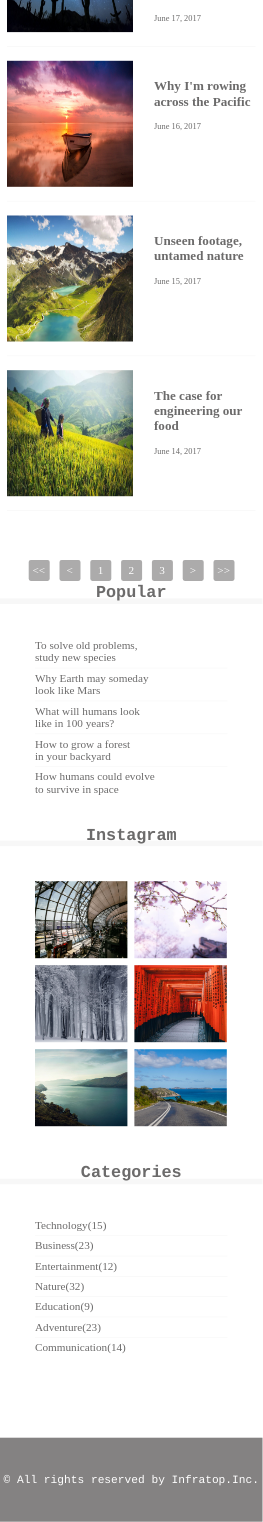
Repository: KoPiyt/Infratop-01
Page: caravan/index.html
The author's editor kept a record of every edit. The page is drawn from the files as they stood at one moment, then again after the next edit.
The browser window is 375 px wide. The pictures show the part of the page from y = 997 to 3237 px (the page is 3171 px tall before and 3237 px after), at 70% of full size.
Some web libraries are served in a nearby version.

Above is the page before.

### caravan/index.html
<!DOCTYPE html>
<html lang="ja">
  <head>
    <meta charset="UTF-8" />
        <meta name="viewport" content="width=device-width,initial-scale=1.0">
    <script src="https://kit.fontawesome.com/45b41b99b0.js" crossorigin="anonymous"></script>
    <!-- CSSファイルの読み込み -->
    <link rel="stylesheet" href="style.css" />
    <title>CARAVAN</title>
  </head>

  <body>
    <!-- header -->
    <header>
      <h1 class="heading">
        <a href="index.html">
          CARAVAN
        </a>
      </h1>
      <div class="social">
        <i class="fab fa-facebook-square"></i>
        <i class="fab fa-twitter-square"></i>
        <i class="fab fa-instagram"></i>
      </div>


    </header>

    <!-- navigation -->
    <nav>
      <ul class="nav-list">
        <li class="nav-list-item">
          <a href="index.html">Home</a>
        </li>
        <li class="nav-list-item">About</li>
        <li class="nav-list-item">Topic</li>
      </ul>
    </nav>

    <!-- main-visual用のdiv -->
    <div class="main-visual">
      <div class="main-visual-content">
        <!-- pタグ（と文字）を追加 -->
        <p class="main-visual-text">
          The world is a book<br>
          and those who do not travel<br>
          read only one page.
        </p>
        <p class="main-visual-name">
          St. Augustine
        </p>      </div>
    </div>

    <!-- main用のdiv -->
    <main>
      <section class="blog">
        <h2 class="blog-heading">Recent Blogs</h2>
    <div class="blog-box">
          <div class="blog-item">
            <img class="blog-image" src="img/forest.jpg" />
            <section class="blog-text">
              <h3 class="blog-text-heading">
                <a href="single.html">
                  Hopeful lessons from<br>
                  the battle to save<br>
                  rainforests
                </a>
              </h3>
              <p class="blog-date">June 19, 2017</p>
              <span class="category">Nature</span>
            </section>
          </div>

          <div class="blog-item">
            <img class="blog-image" src="img/desert.jpg" />
            <section class="blog-text">
              <h3 class="blog-text-heading">
                <a href="single.html">
                  How to fight<br>
                  desertification and<br>
                  reverse climate change
                </a>
              </h3>
              <p class="blog-date">June 17, 2017</p>
              <span class="category">Nature</span>
            </section>
          </div>

          <div class="blog-item">
            <img class="blog-image" src="img/sunset.jpg" />
            <section class="blog-text">
              <h3 class="blog-text-heading">
                <a href="single.html">
                  Why I'm rowing<br>
                  across the Pacific
                </a>
              </h3>
              <p class="blog-date">June 16, 2017</p>
              <span class="category">Adventure</span>
            </section>
          </div>

          <div class="blog-item">
            <img class="blog-image" src="img/italy.jpg" />
            <section class="blog-text">
              <h3 class="blog-text-heading">
                <a href="single.html">
                  Unseen footage,<br>
                  untamed nature
                </a>
              </h3>
              <p class="blog-date">June 15, 2017</p>
              <span class="category">Nature</span>
            </section>
          </div>

          <div class="blog-item">
            <img class="blog-image" src="img/asia.jpg" />
            <section class="blog-text">
              <h3 class="blog-text-heading">
                <a href="single.html">
                  The case for<br>
                  engineering our food
                </a>
              </h3>
              <p class="blog-date">June 14, 2017</p>
              <span class="category">Culture</span>
            </section>
          </div>
        </div>

        <div class="pagination">
          <p><<</p>
          <p><</p>
          <p>1</p>
          <p>2</p>
          <p>3</p>
          <p>></p>
          <p>>></p>
        </div>
      </section>

      <div class="sidebar">
         <section class="popular">
          <h2 class="popular-heading common-heading">Popular</h2>
          <div class="sidebar-contents">
            <p class="popular-text">To solve old problems,<br>study new species</p>
            <p class="popular-text">Why Earth may someday<br>look like Mars</p>
            <p class="popular-text">What will humans look<br>like in 100 years?</p>
            <p class="popular-text">How to grow a forest<br>in your backyard</p>
            <p class="popular-text">How humans could evolve<br>to survive in space</p>
          </div>
         </section>

        <section class="instagram">
          <h2 class="instagram-heading common-heading">Instagram</h2>
          <div class="sidebar-contents">
            <div class="instagram-box"></div>
            <div class="instagram-box"></div>
            <div class="instagram-box"></div>
            <div class="instagram-box"></div>
            <div class="instagram-box"></div>
            <div class="instagram-box"></div>
          </div>
        </section>

        <section class="categories">
          <h2 class="categories-heading common-heading">Categories</h2>
          <div class="sidebar-contents">
            <p class="categories-text">Technology(15)</p>
            <p class="categories-text">Business(23)</p>
            <p class="categories-text">Entertainment(12)</p>
            <p class="categories-text">Nature(32)</p>
            <p class="categories-text">Education(9)</p>
            <p class="categories-text">Adventure(23)</p>
            <p class="categories-text">Communication(14)</p>
          </div>
        </section>

      </div>
    </main>

    <!-- footer -->
    <footer>
      <p class="footer-text">© All rights reserved by Infratop.Inc.</p>
    </footer>
  </body>
</html>

### caravan/style.css
/* ブラウザがそれぞれ持っているCSSをリセットするための記述 */
* {
  margin: 0;
  padding: 0;
  box-sizing: border-box;
  color: #6c6b6b;
}

a {
  text-decoration: none;
}

header, nav, h2, .main-visual, footer {
  font-family: Chalkduster, "Bradley Hand", Courier, "Segoe Print", sans-serif;
}


header {
  width: 90%; /* 横幅90% */
  padding: 15px 0;
  margin: 0 auto;
  text-align: center;
}

.social i {
  display: inline-block;
  margin-left: 20px;
}

header .heading { /* headerタグ内のheadingクラスにのみ反映される */
  font-size: 32px;
}

.nav-list {
  text-align: center;
  padding: 10px 0;
  margin: 0 auto;
}

.nav-list-item {
  list-style: none;
  display: inline-block;
  margin: 0 20px;
}

.main-visual {
  width: 100%; /* 横幅いっぱい */
  height: 300px; /* 高さ300px */
  background-image: url(img/mv.jpg);
  background-size: cover;
  background-position: center;
}

.main-visual-content {
  width: 40%; /* 横幅40% */
  height: 300px; /* 親の高さに揃える */
  background-color: rgba( 0, 0, 0, 0.5); /* 背景色を半透明の黒にする */
  text-align: center; /* 文字を中央揃えにする */
  padding-top: 105px; /* 上側の内側余白で垂直方向の位置を調整 */
}

.main-visual-text {
  color: #fff; /* 文字色を白に変更 */
}

.main-visual-name {
  margin-top: 30px; /* 上側の外側の余白 */
  color: #fff; /* 文字色を白に変更 */
}

main {
  width: 800px; /* 横幅800px */
  display: flex; /* Flexboxの利用 */
  justify-content: center; /* 要素の横並び・中央寄せ */
  margin: 0 auto; /* 要素の中央揃え */
  padding: 70px 0; /* 上下に70px、左右に0pxの内側余白 */
}

.blog {
  width: 540px;
  margin-right: 30px; /* 領域の右側余白 */
}

.blog-heading {
  border-bottom: 8px solid #f7f7f7;
  text-align: center;
  line-height: 0.6;
}

.blog-box {
  padding-top: 50px;
}

.blog-item {
  padding-bottom: 20px;
  margin-bottom: 20px;
  border-bottom: 1px solid #f7f7f7;
  display: flex;
  justify-content: flex-start;
}

.blog-image {
  height: 180px;
}

.blog-text {
  padding: 25px 0 0 30px;
}

.blog-text-heading {
  padding-bottom: 15px;
}

.blog-date {
  font-size: 12px;
  display: inline-block;
}

.category {
  display: inline-block;
  padding: 5px 8px;
  background-color: #acabab;
  border-radius: 3px;
  color: #fff;
  font-size: 11px;
}

.pagination {
  text-align: center;
  padding-top: 50px;
}

.pagination p {
  display: inline-block;
  width: 30px;
  height: 30px;
  margin: 0 5px;
  color: #fff;
  background-color: #acabab;
  border-radius: 3px;
  line-height: 30px;
}

.sidebar {
  width: 230px;
}

.common-heading {
  border-bottom: 8px solid #f7f7f7;
  text-align: center;
  line-height: 0.6;
}

.sidebar-contents {
  padding: 50px 0;
}

.popular-text,
.categories-text {
  padding-bottom: 5px;
  border-bottom: 1px solid #f7f7f7;
  margin-bottom: 5px;
}

.popular-text:last-child,
.categories-text:last-child {
  margin: 0;
  padding: 0;
  border: none;
}

.instagram .sidebar-contents {
  display: flex;
  flex-wrap: wrap;
}

.instagram-box {
  width: 110px;
  padding-top: 110px;
  background-size: cover;
  background-position: center;
  margin-bottom: 10px;
}

.instagram-box:nth-child(odd) {
  margin: 0 10px 10px 0;
}

.instagram-box:nth-child(1) {
  background-image: url(img/airport.jpg);
}

.instagram-box:nth-child(2) {
  background-image: url(img/japan.jpg);
}

.instagram-box:nth-child(3) {
  background-image: url(img/snow.jpg);
}

.instagram-box:nth-child(4) {
  background-image: url(img/japan2.jpg);
}

.instagram-box:nth-child(5) {
  background-image: url(img/lake.jpg);
}

.instagram-box:nth-child(6) {
  background-image: url(img/road.jpg);
}

footer {
  width: 100%; /* 横幅いっぱい */
  height: 120px; /* 高さ120px */

  text-align: center;
  line-height: 120px;
  background-color: #848282;
}

.footer-text {
  color: #fff;
}


@media screen and (max-width: 425px) {

  .social i {
    color: blue;
  }
  main{
    width:100%;
    display: block
  }

   .nav-list {
    width: 100%;
  }
    .nav-list-item {
    width: 100%;
    margin: 0 0 10px 0;
  }
  .main-visual-content {
    width:100%;

  }
 .blog{
    width:100%;
    padding: 10px;
  }
  .blog-heading{
    width:100%;
  }

  .blog-image{
    width:180px;

  }
  .category{
    display: none;
  }
  .sidebar-contents {
  padding: 50px ;
  width: 100%
  }

  .instagram-box {
  width: 48%;
  padding-top: 110px;
  background-size: cover;
  background-position: center;
  margin-bottom: 10px;
}

  header{
    width:100%;
  }
  .blog-box{
    width:100%;
  }

  .sidebar{
    width: 100%;
  }
}

After the next edit:
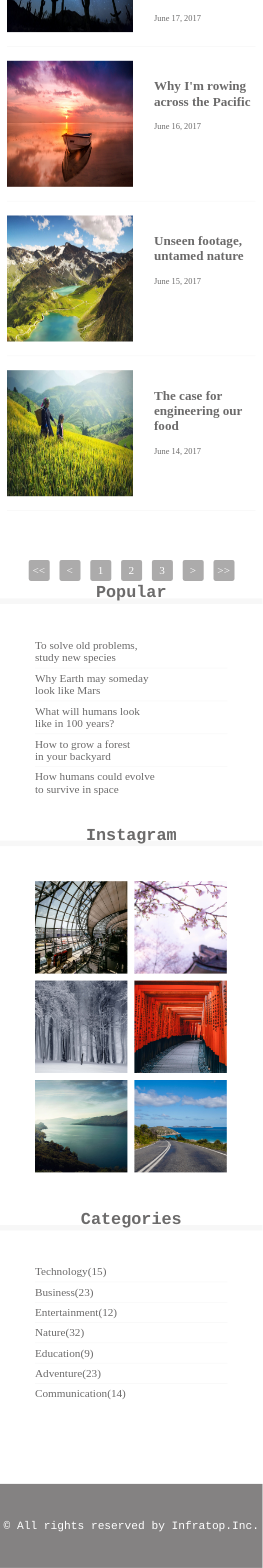
The edit:
--- a/caravan/style.css
+++ b/caravan/style.css
@@ -267,7 +267,7 @@
 
   .instagram-box {
   width: 48%;
-  padding-top: 110px;
+  padding-top: 48%;
   background-size: cover;
   background-position: center;
   margin-bottom: 10px;
